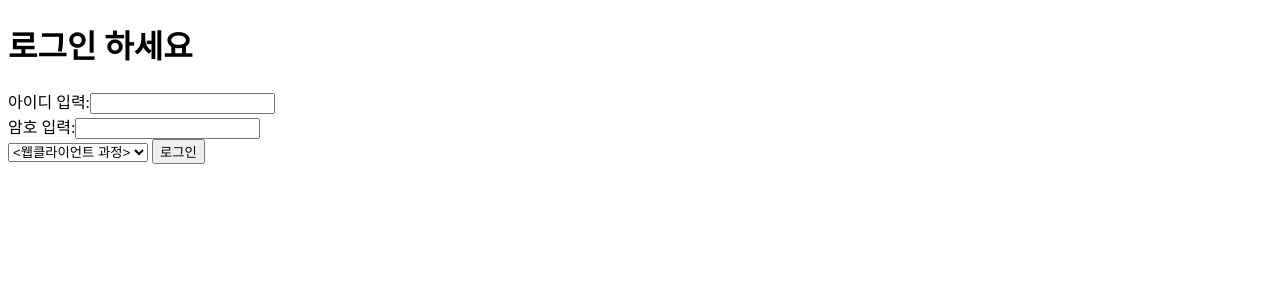
Repository: kwan9069/Starters_Webserver
Page: servlettest/src/main/webapp/login.html
An editor plug-in stored every save of this project. The page is shown before and after the next save, followed by the edit.
The browser window is 1280 px wide. The pictures show the whole page.

Above is the page before, as saved 2023-01-04 01:53:01.

After the next save:
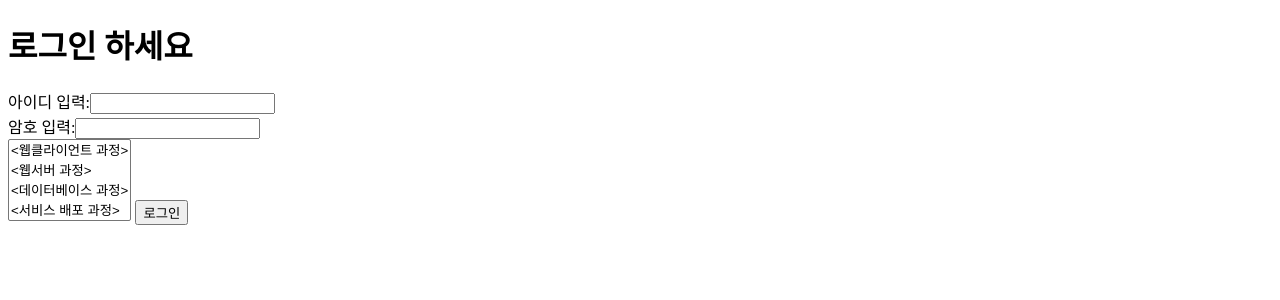
Saved 76 s later.
--- a/servlettest/src/main/webapp/login.html
+++ b/servlettest/src/main/webapp/login.html
@@ -15,7 +15,7 @@ html 태그 속성 url --"/a" -- http://localhost:8081/a
 <form action="/servlettest/loginprocess">
 아이디 입력:<input type="text" name= "id" ><br>
 암호 입력:<input type="password" name= "pw" ><br>
-<select name="title">
+<select name="title" multiple="multiple">
 <option> <웹클라이언트 과정></option>
 <option> <웹서버 과정></option>
 <option> <데이터베이스 과정></option>
